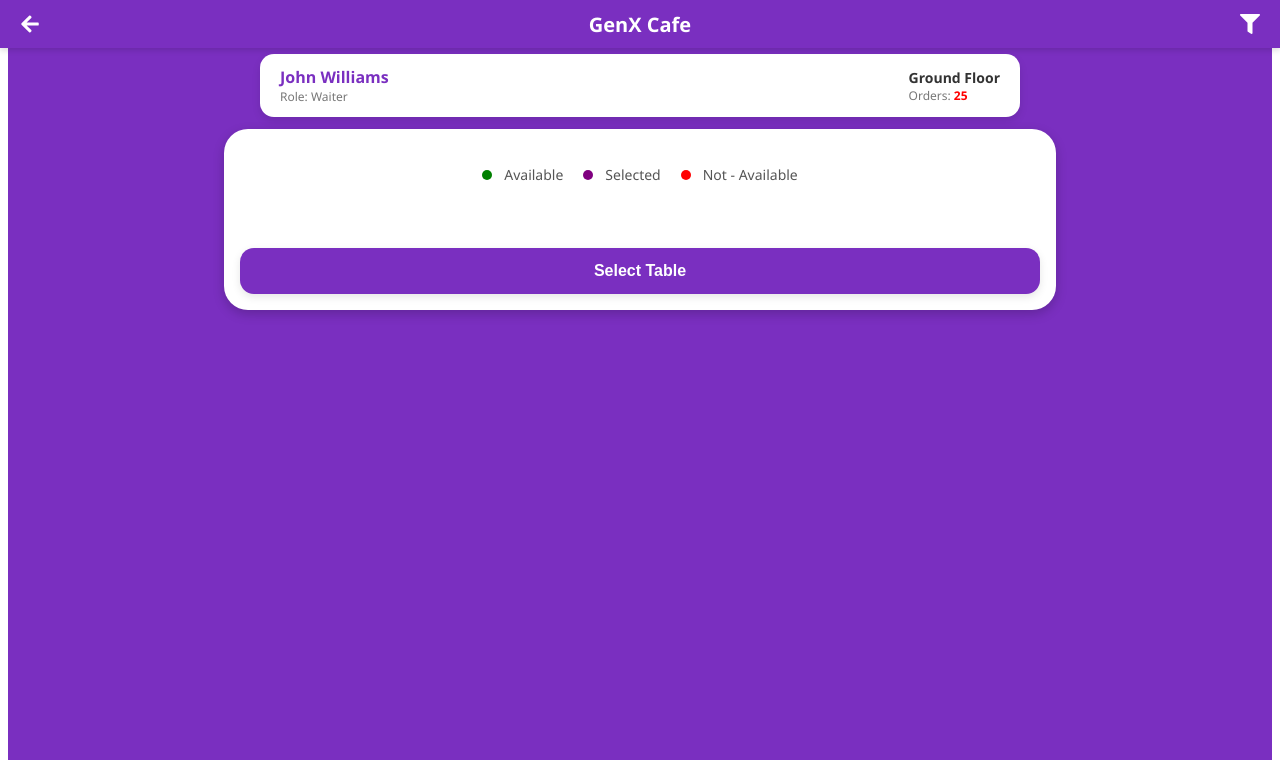
Repository: rajeshwaranslv/sturdy-spork-genx-frontend
Page: /
The author's editor kept a copy of each file at every save. The page is drawn from the files as they stood at one save, then again after a run of saves.
The browser window is 1280 px wide. The pictures show the whole page.
The page's requests for data from a server got no answer. The project was rebuilt for these pictures with package versions that can differ from the ones it lists, and the page was loaded fresh each time. No one was signed in, and anything a server would have sent is missing. Also part of the build but not shown: src/components/menu.css, src/components/MenuSelection.js, src/components/order.css, src/components/OrderReview.js, src/components/billing.css, src/components/Billing.js, src/components/Success.js.

Above is the page before, as saved 2025-07-15 11:43:17.

After the next 3 saves:
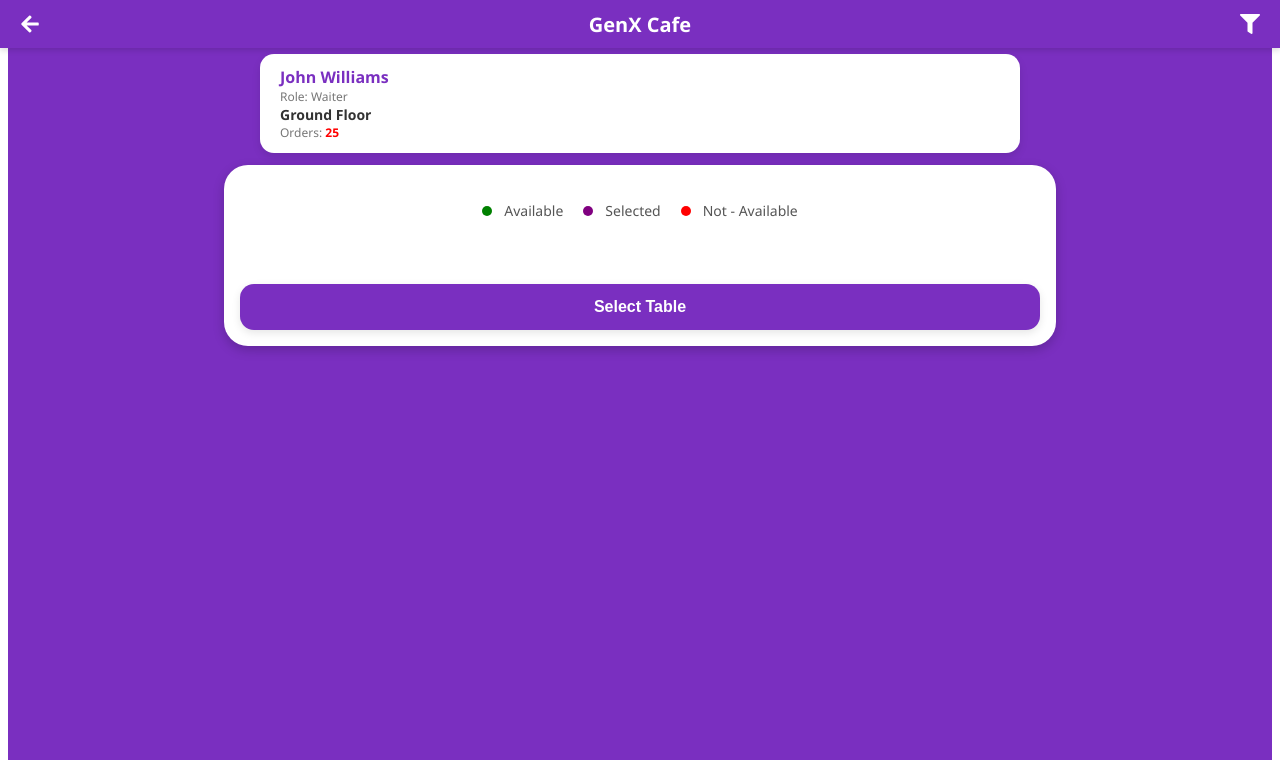
The 3 saves are shown as one change because they came seconds apart.
The last was saved 2 min 28 s later.
--- a/src/components/TableSelection.js
+++ b/src/components/TableSelection.js
@@ -46,12 +46,13 @@
         <div className="waiter-left">
           <strong className="waiter-name">{waiter.name}</strong>
           <div className="waiter-role">Role: {waiter.role}</div>
-        </div>
-        <div className="waiter-right">
-          <div className="floor-label">{waiter.floor}</div>
+           <div className="floor-label">{waiter.floor}</div>
           <div className="orders-count">
             Orders: <span className="order-red">{waiter.orders}</span>
           </div>
+        </div>
+        <div className="waiter-right">
+
         </div>
       </div>
 

After the 2 saves that followed:
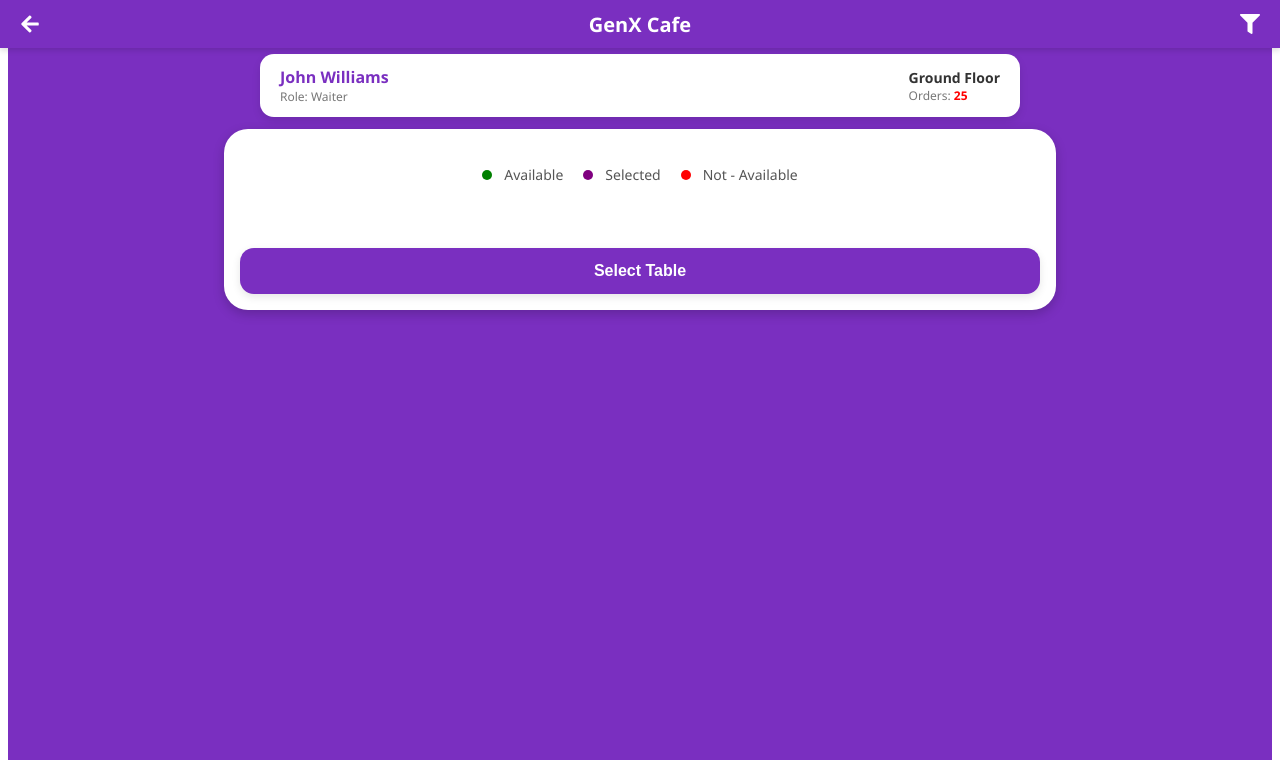
The 2 saves are shown as one change because 1 left the picture as it was.
The last was saved 44 s later.
--- a/src/components/TableSelection.js
+++ b/src/components/TableSelection.js
@@ -46,13 +46,12 @@
         <div className="waiter-left">
           <strong className="waiter-name">{waiter.name}</strong>
           <div className="waiter-role">Role: {waiter.role}</div>
-           <div className="floor-label">{waiter.floor}</div>
+        </div>
+        <div className="waiter-right">
+          <div className="floor-label">{waiter.floor}</div>
           <div className="orders-count">
             Orders: <span className="order-red">{waiter.orders}</span>
           </div>
-        </div>
-        <div className="waiter-right">
-
         </div>
       </div>
 
